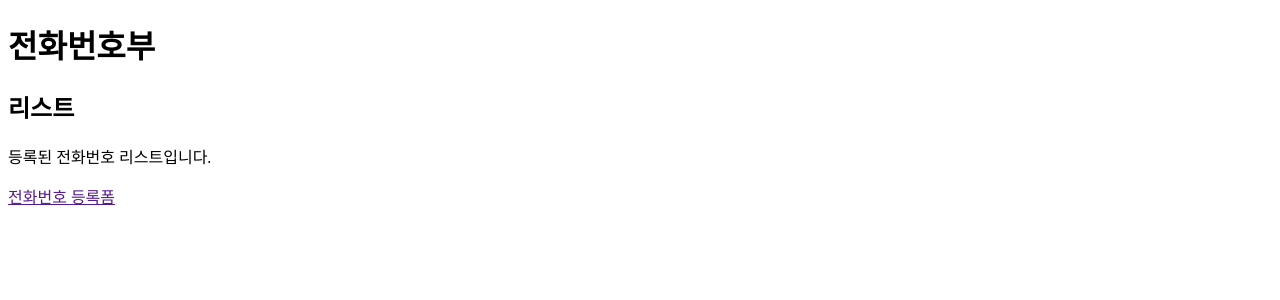
Repository: Kwonharu/workspace-web
Page: http://localhost/phonebook2/list.jsp
An editor plug-in stored every save of this project. The page is shown before and after the next save, followed by the edit.
The browser window is 1280 px wide. The pictures show the whole page.
The page is served by Tomcat 9. Other server files are loaded and not shown. Queries for data that is not in the repository find no rows.

Above is the page before, as saved 2023-09-04 07:48:01.

### phonebook2/WebContent/list.jsp
<%@ page language="java" contentType="text/html; charset=UTF-8"
    pageEncoding="UTF-8"%>
<%@ page import="com.javaex.dao.PersonDao" %>
<%@ page import="java.util.List" %>
<%@ page import="com.javaex.vo.PersonVo" %>

<%
	PersonDao personDao = new PersonDao();
	List<PersonVo> personList = personDao.personSelect("");

	System.out.println(personList);

%>

<!DOCTYPE html>
<html>
<head>
<meta charset="UTF-8">
<title>Insert title here</title>
</head>
<body>

	<h1>전화번호부</h1>
	<h2>리스트</h2>

	<p>등록된 전화번호 리스트입니다.</p>

	<!-- 반복문 시작 -->
	<%for(int i =0; i<personList.size();i++){%>
	<table border="1">
		<tr>
			<td>이름(name)</td><td>김샌즈</td>
		</tr>
		<tr>
			<td>핸드폰(hp)</td><td>010-0000-1111</td>
		</tr>
		<tr>
			<td>회사(company)</td><td>02-1111-0000</td>
		</tr>
	</table>
	<br>
	<%} %>
	<!-- 반복문 끝 -->

	<a href="">전화번호 등록폼</a>

	<br>

</body>
</html>

### phonebook2/src/main/java/com/javaex/dao/PersonDao.java
package com.javaex.dao;

import java.sql.Connection;
import java.sql.DriverManager;
import java.sql.PreparedStatement;
import java.sql.ResultSet;
import java.sql.SQLException;
import java.util.ArrayList;
import java.util.List;

import com.javaex.vo.PersonVo;

public class PersonDao {

	// 필드
	// 0. import java.sql.*;
	private Connection conn = null;
	private PreparedStatement pstmt = null;
	private ResultSet rs = null;

	private String driver = "oracle.jdbc.driver.OracleDriver";
	private String url = "jdbc:oracle:thin:@localhost:1521:xe";
	private String id = "webdb";
	private String pw = "webdb";

	// 생성자
	public PersonDao() {
	}

	// 메소드 gs

	// 메소드 일반
	private void getConnect() {

		try {
			// 1. JDBC 드라이버 (Oracle) 로딩
			Class.forName(driver);

			// 2. Connection 얻어오기
			conn = DriverManager.getConnection(url, id, pw);

		} catch (ClassNotFoundException e) {
			System.out.println("error: 드라이버 로딩 실패 - " + e);
		} catch (SQLException e) {
			System.out.println("error:" + e);
		}

	}

	private void close() {
		// 5. 자원정리
		try {
			if (rs != null) {
				rs.close();
			}
			if (pstmt != null) {
				pstmt.close();
			}
			if (conn != null) {
				conn.close();
			}
		} catch (SQLException e) {
			System.out.println("error:" + e);
		}
	}

	// 사람등록
	public int personInsert(PersonVo personVo) { //Vo로 받았음
		int count = -1;

		this.getConnect();

		try {
			// 3. SQL문 준비 / 바인딩 / 실행
			// SQL문 준비
			String query = "";
			query += " insert into person ";
			query += " values(seq_person_id.nextval, ?, ?, ?) ";

			pstmt = conn.prepareStatement(query);

			// 바인딩 vo에서 값을 setter로 꺼낸다
			pstmt.setString(1, personVo.getName());
			pstmt.setString(2, personVo.getHp());
			pstmt.setString(3, personVo.getCompany());

			// 실행
			count = pstmt.executeUpdate();

			// 4.결과처리
			// System.out.println(count + "건 등록되었습니다.");

		} catch (SQLException e) {
			System.out.println("error:" + e);
		}

		this.close();

		return count;
	}

	// 사람삭제
	public int personDelete(int personId) {

		int count = -1;

		this.getConnect();

		try {
			// 3. SQL문 준비 / 바인딩 / 실행
			// SQL문 준비
			String query = "";
			query += " delete from person ";
			query += " where person_id = ? ";

			pstmt = conn.prepareStatement(query);

			// 바인딩
			pstmt.setInt(1, personId);

			// 실행
			count = pstmt.executeUpdate();

			// 4.결과처리
			// System.out.println(count + "건 등록되었습니다.");

		} catch (SQLException e) {
			System.out.println("error:" + e);
		}

		this.close();

		return count;

	}



	//수정
	public int personUpdate(PersonVo personVo) {

		int count = -1;

		this.getConnect();

		try {
			// 3. SQL문 준비 / 바인딩 / 실행
			// SQL문 준비
			String query = "";
			query += " update person ";
			query += " set name = ?, ";
			query += " 	   hp = ?, ";
			query += "     company = ? ";
			query += " where person_id = ? ";

			pstmt = conn.prepareStatement(query);

			// 바인딩
			pstmt.setString(1, personVo.getName());
			pstmt.setString(2, personVo.getHp());
			pstmt.setString(3, personVo.getCompany());
			pstmt.setInt(4,personVo.getPerson_id());

			// 실행
			count = pstmt.executeUpdate();

			// 4.결과처리
			// System.out.println(count + "건 등록되었습니다.");

		} catch (SQLException e) {
			System.out.println("error:" + e);
		}

		this.close();

		return count;

	}


	// 사람리스트  personSelect(String keyword) 로 통합
	/*
	public List<PersonVo> personSelect() {

		List<PersonVo> personList = new ArrayList<PersonVo>();

		this.getConnect();

		try {
			// 3. SQL문 준비 / 바인딩 / 실행
			// SQL문 준비
			String query = "";
			query += " select  person_id, ";
			query += "         name, ";
			query += "         hp, ";
			query += "         company ";
			query += " from person ";

			pstmt = conn.prepareStatement(query);

			// 바인딩

			// 실행
			rs = pstmt.executeQuery();

			// 4.결과처리
			while (rs.next()) {

				int personId = rs.getInt(1);
				String name = rs.getString(2);
				String hp = rs.getString(3);
				String company = rs.getString(4);

				PersonVo personVo = new PersonVo(personId, name, hp, company);

				personList.add(personVo);

			}

		} catch (SQLException e) {
			System.out.println("error:" + e);
		}

		this.close();

		return personList;

	}
	*/

	// 검색
	public List<PersonVo> personSelect(String keyword) {

		List<PersonVo> personList = new ArrayList<PersonVo>();

		this.getConnect();

		try {
			// 3. SQL문 준비 / 바인딩 / 실행
			// SQL문 준비
			String query = "";
			query += " select  person_id, ";
			query += "         name, ";
			query += "         hp, ";
			query += "         company ";
			query += " from person ";
			/**********************************************************************/
			if(!keyword.equals("")) { //keyword가 ""가 아니면 ==> keyword가 있으면 검색
				query += " where name like ? ";
			}

			pstmt = conn.prepareStatement(query);

			// 바인딩**********************************************************************
			if(!keyword.equals("")) { //keyword가 ""가 아니면 ==> keyword가 있으면 검색
				pstmt.setString(1, "%"+keyword+"%");
			}

			// 실행
			rs = pstmt.executeQuery();

			// 4.결과처리
			while (rs.next()) {

				int personId = rs.getInt(1);
				String name = rs.getString(2);
				String hp = rs.getString(3);
				String company = rs.getString(4);

				PersonVo personVo = new PersonVo(personId, name, hp, company);

				personList.add(personVo);

			}

		} catch (SQLException e) {
			System.out.println("error:" + e);
		}

		this.close();

		return personList;

	}
}

After the next save:
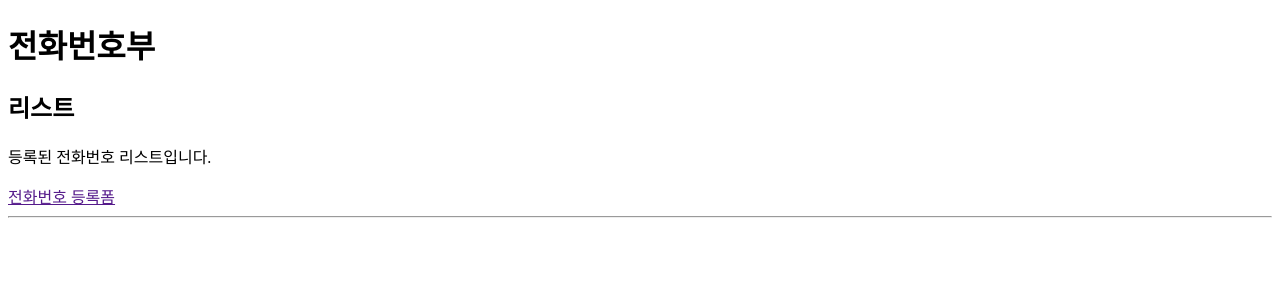
Saved 6 s later.
--- a/phonebook2/WebContent/list.jsp
+++ b/phonebook2/WebContent/list.jsp
@@ -44,7 +44,7 @@
 
 	<a href="">전화번호 등록폼</a>
 
-	<br>
+	<hr>
 
 </body>
 </html>

After the save that followed:
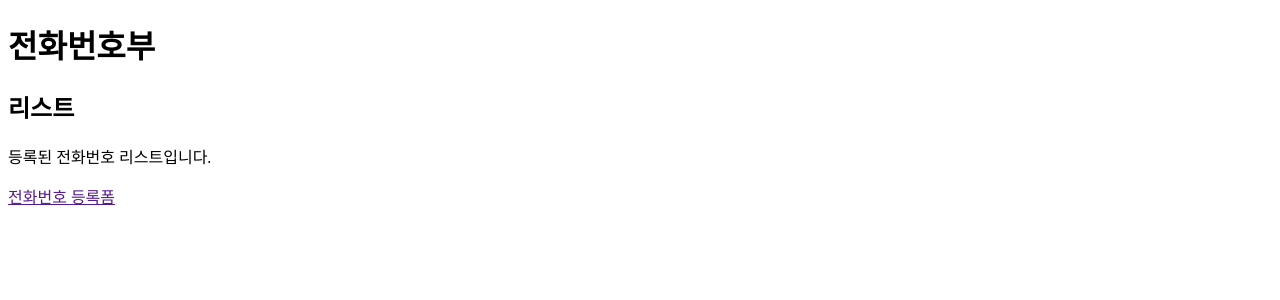
Saved 5 s later.
--- a/phonebook2/WebContent/list.jsp
+++ b/phonebook2/WebContent/list.jsp
@@ -44,7 +44,5 @@
 
 	<a href="">전화번호 등록폼</a>
 
-	<hr>
-
 </body>
 </html>
